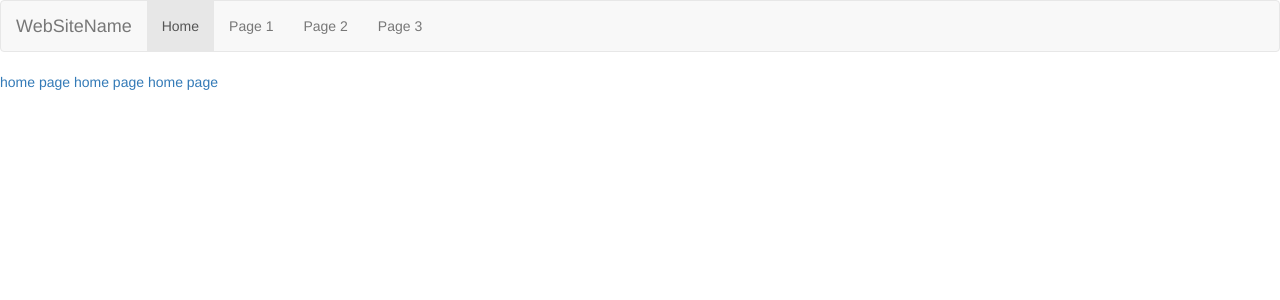
Repository: Shaheenkhan/MECHRONICS
Page: http://localhost/MECHRONICS/
An editor plug-in stored every save of this project. The page is shown before and after the next save, followed by the edit.
The browser window is 1280 px wide. The pictures show the whole page.
The page is served by Tomcat 9. Other server files are loaded and not shown.

Above is the page before, as saved 2016-10-24 07:35:23.

### MECHRONICS/src/main/webapp/index.jsp
<jsp:include page="WEB-INF/views/commonheader.jsp"></jsp:include>



<a href="home">home page</a>

<a href="home">home page</a>

<a href="home">home page</a>

### MECHRONICS/src/main/webapp/WEB-INF/views/commonheader.jsp
<%@ page language="java" contentType="text/html; charset=ISO-8859-1"
    pageEncoding="ISO-8859-1"%>
<!DOCTYPE html PUBLIC "-//W3C//DTD HTML 4.01 Transitional//EN" "http://www.w3.org/TR/html4/loose.dtd">
<html>
<head>
<meta http-equiv="Content-Type" content="text/html; charset=ISO-8859-1">
<title>Insert title here</title>
<!-- Latest compiled and minified CSS -->
<link rel="stylesheet" href="https://maxcdn.bootstrapcdn.com/bootstrap/3.3.7/css/bootstrap.min.css">

<!-- jQuery library -->
<script src="https://ajax.googleapis.com/ajax/libs/jquery/1.12.4/jquery.min.js"></script>

<!-- Latest compiled JavaScript -->
<script src="https://maxcdn.bootstrapcdn.com/bootstrap/3.3.7/js/bootstrap.min.js"></script>

</head>
<body>
<nav class="navbar navbar-default">
  <div class="container-fluid">
    <div class="navbar-header">
      <a class="navbar-brand" href="#">WebSiteName</a>
    </div>
    <ul class="nav navbar-nav">
      <li class="active"><a href="#">Home</a></li>
      <li><a href="#">Page 1</a></li>
      <li><a href="#">Page 2</a></li>
      <li><a href="#">Page 3</a></li>
    </ul>
  </div>
</nav>

</body>
</html>

After the next save:
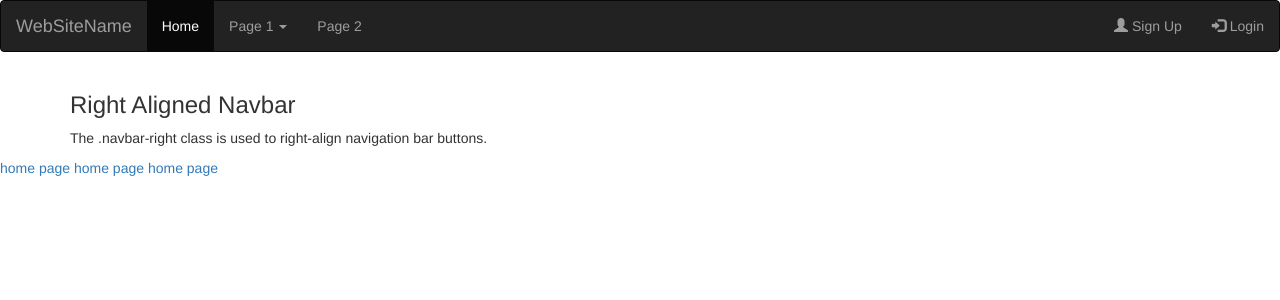
Saved 2 min 16 s later.
--- a/MECHRONICS/src/main/webapp/WEB-INF/views/commonheader.jsp
+++ b/MECHRONICS/src/main/webapp/WEB-INF/views/commonheader.jsp
@@ -1,34 +1,42 @@
-<%@ page language="java" contentType="text/html; charset=ISO-8859-1"
-    pageEncoding="ISO-8859-1"%>
-<!DOCTYPE html PUBLIC "-//W3C//DTD HTML 4.01 Transitional//EN" "http://www.w3.org/TR/html4/loose.dtd">
-<html>
+<!DOCTYPE html>
+<html lang="en">
 <head>
-<meta http-equiv="Content-Type" content="text/html; charset=ISO-8859-1">
-<title>Insert title here</title>
-<!-- Latest compiled and minified CSS -->
-<link rel="stylesheet" href="https://maxcdn.bootstrapcdn.com/bootstrap/3.3.7/css/bootstrap.min.css">
-
-<!-- jQuery library -->
-<script src="https://ajax.googleapis.com/ajax/libs/jquery/1.12.4/jquery.min.js"></script>
-
-<!-- Latest compiled JavaScript -->
-<script src="https://maxcdn.bootstrapcdn.com/bootstrap/3.3.7/js/bootstrap.min.js"></script>
-
+  <title>Bootstrap Case</title>
+  <meta charset="utf-8">
+  <meta name="viewport" content="width=device-width, initial-scale=1">
+  <link rel="stylesheet" href="https://maxcdn.bootstrapcdn.com/bootstrap/3.3.7/css/bootstrap.min.css">
+  <script src="https://ajax.googleapis.com/ajax/libs/jquery/1.12.4/jquery.min.js"></script>
+  <script src="https://maxcdn.bootstrapcdn.com/bootstrap/3.3.7/js/bootstrap.min.js"></script>
 </head>
 <body>
-<nav class="navbar navbar-default">
+
+<nav class="navbar navbar-inverse">
   <div class="container-fluid">
     <div class="navbar-header">
       <a class="navbar-brand" href="#">WebSiteName</a>
     </div>
     <ul class="nav navbar-nav">
       <li class="active"><a href="#">Home</a></li>
-      <li><a href="#">Page 1</a></li>
+      <li class="dropdown"><a class="dropdown-toggle" data-toggle="dropdown" href="#">Page 1 <span class="caret"></span></a>
+        <ul class="dropdown-menu">
+          <li><a href="#">Page 1-1</a></li>
+          <li><a href="#">Page 1-2</a></li>
+          <li><a href="#">Page 1-3</a></li>
+        </ul>
+      </li>
       <li><a href="#">Page 2</a></li>
-      <li><a href="#">Page 3</a></li>
+    </ul>
+    <ul class="nav navbar-nav navbar-right">
+      <li><a href="#"><span class="glyphicon glyphicon-user"></span> Sign Up</a></li>
+      <li><a href="#"><span class="glyphicon glyphicon-log-in"></span> Login</a></li>
     </ul>
   </div>
 </nav>
 
+<div class="container">
+  <h3>Right Aligned Navbar</h3>
+  <p>The .navbar-right class is used to right-align navigation bar buttons.</p>
+</div>
+
 </body>
 </html>
